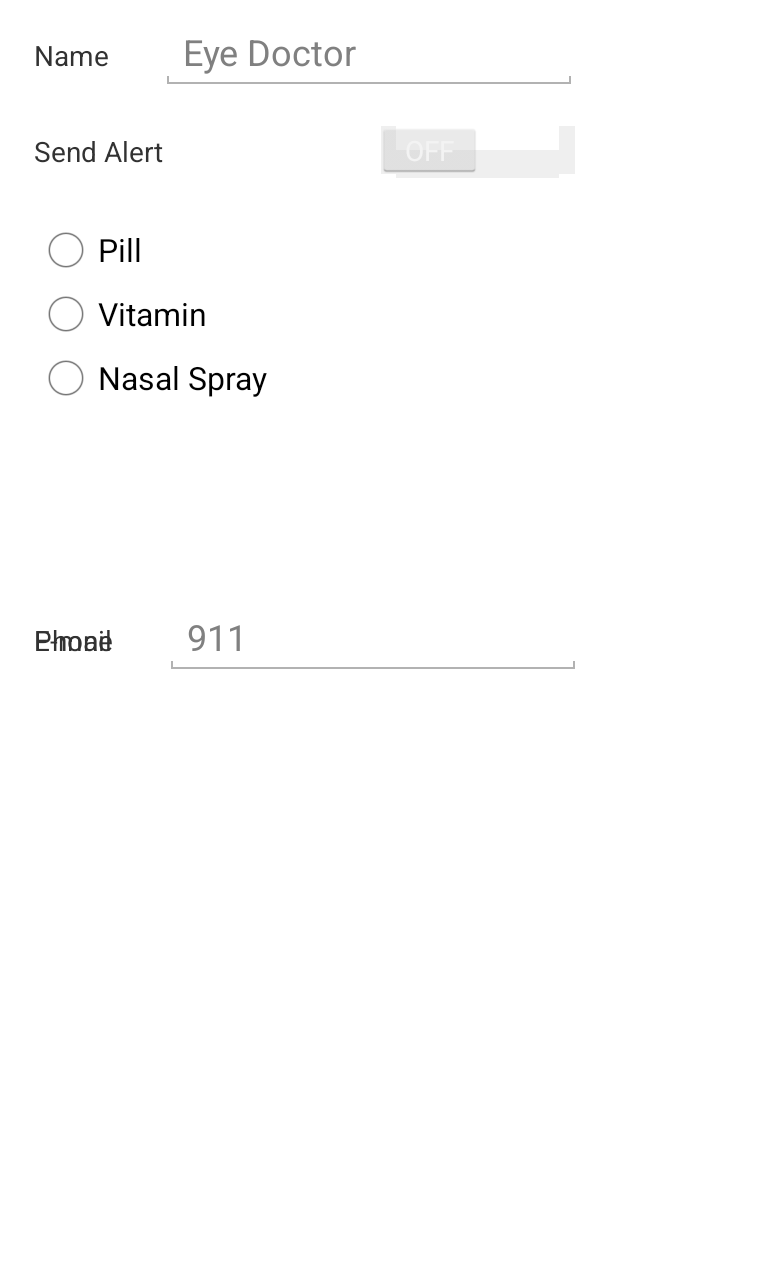
Repository: ranika/pilltracker
Layout: PillTracker/res/layout/fragment_doctor_edit.xml
The author's editor kept a copy of each file at every save. The layout is drawn from the files as they stood at one save, then again after the next save.
It is drawn on a 768 x 1280 px phone screen (xhdpi) without system bars, with theme AppTheme; the app's code is not run.

Above is the layout before, as saved 2014-04-10 05:53:39.

### PillTracker/res/layout/fragment_doctor_edit.xml
<RelativeLayout xmlns:android="http://schemas.android.com/apk/res/android"
    android:layout_width="fill_parent"
    android:layout_height="fill_parent" >

    <TextView
        android:id="@+id/textView1"
        android:layout_width="wrap_content"
        android:layout_height="wrap_content"
        android:layout_alignParentLeft="true"
        android:layout_alignParentTop="true"
        android:layout_marginLeft="17dp"
        android:layout_marginTop="18dp"
        android:text="@string/name" />

    <EditText
        android:id="@+id/editText1"
        android:layout_width="wrap_content"
        android:layout_height="wrap_content"
        android:layout_alignBaseline="@+id/textView1"
        android:layout_alignBottom="@+id/textView1"
        android:layout_marginLeft="25dp"
        android:layout_toRightOf="@+id/textView1"
        android:hint="@string/eye_doctor"
        android:ems="10" >
    </EditText>

    <TextView
        android:id="@+id/textView2"
        android:layout_width="wrap_content"
        android:layout_height="wrap_content"
        android:layout_alignLeft="@+id/textView1"
        android:layout_below="@+id/editText1"
        android:layout_marginTop="20dp"
        android:text="@string/send_alert" />

    <Switch
        android:id="@+id/switch1"
        android:layout_width="wrap_content"
        android:layout_height="wrap_content"
        android:layout_alignBaseline="@+id/textView2"
        android:layout_alignBottom="@+id/textView2"
        android:layout_alignRight="@+id/editText1" />

    <RadioButton
        android:id="@+id/checkBox1"
        android:layout_width="wrap_content"
        android:layout_height="wrap_content"
        android:layout_alignLeft="@+id/textView2"
        android:layout_below="@+id/switch1"
        android:layout_marginTop="20dp"
        android:text="@string/pill" />

    <RadioButton
        android:id="@+id/checkBox2"
        android:layout_width="wrap_content"
        android:layout_height="wrap_content"
        android:layout_alignLeft="@+id/checkBox1"
        android:layout_below="@+id/checkBox1"
        android:text="@string/vitamin" />

    <RadioButton
        android:id="@+id/checkBox3"
        android:layout_width="wrap_content"
        android:layout_height="wrap_content"
        android:layout_alignLeft="@+id/checkBox2"
        android:layout_below="@+id/checkBox2"
        android:text="@string/nasal" />

    <TextView
        android:id="@+id/textView3"
        android:layout_width="wrap_content"
        android:layout_height="wrap_content"
        android:layout_alignLeft="@+id/checkBox3"
        android:layout_centerVertical="true"
        android:text="@string/phone" />

    <EditText
        android:id="@+id/editText2"
        android:layout_width="wrap_content"
        android:layout_height="wrap_content"
        android:layout_alignBaseline="@+id/textView3"
        android:layout_alignBottom="@+id/textView3"
        android:layout_marginLeft="25dp"
        android:layout_toRightOf="@+id/textView3"
        android:hint="@string/number"
        android:ems="10" >
    </EditText>

    <TextView
        android:id="@+id/textView4"
        android:layout_width="wrap_content"
        android:layout_height="wrap_content"
        android:layout_alignLeft="@+id/checkBox3"
        android:layout_centerVertical="true"
        android:text="@string/email" />


</RelativeLayout>

### PillTracker/res/values/strings.xml
<?xml version="1.0" encoding="utf-8"?>
<resources>

    <string name="app_name">Pill Tracker</string>
    <string name="med_log">Medication Log</string>
    <string name="prescriptions">Prescriptions</string>
    <string name="reminders">Reminders</string>
    <string name="doctors">Doctors</string>
    <string name="pharmacies">Pharmacies</string>
    <string name="notes">Notes</string>
    <string name="settings">Settings</string>

    <color name="black">#CCCCCC</color>

    <string name="title_activity_med_log">Medication Log</string>
    <string name="today">Today</string>
    <string name="ten_am">10 AM</string>
    <string name="pill">Pill</string>
    <string name="vitamin">Vitamin</string>
    <string name="ten_pm">10 PM</string>
    <string name="nasal">Nasal Spray</string>
    <string name="title_activity_prescription">Prescriptions</string>
    <string name="add">Add</string>
    <string name="title_activity_doctors">Doctors</string>
    <string name="eye_doctor">Eye Doctor</string>
    <string name="family_physician">Family Physician</string>
    <string name="orthopedic">Orthopedic</string>
    <string name="title_activity_notes">Notes</string>
    <string name="hello_world">Hello world!</string>
    <string name="action_settings">Settings</string>
    <string name="reminder">Reminder</string>
    <string name="to_do">To Do</string>
    <string name="blah">BlahBlahBlah</string>
    <string name="title_activity_pharmacies">Pharmacies</string>

    <string-array name="miles">
        <item>10 miles</item>
        <item>15 miles</item>
        <item>20 miles</item>
        <item> 50 miles</item>
    </string-array>

    <string name="display">Display pharmacies within:</string>
    <string name="find">Find</string>
    <string name="title_activity_prescription_edit">Edit Prescription</string>
    <string name="title_activity_edit_prescription">Edit Prescriptions</string>
    <string name="name">Name</string>
    <string name="monday">Monday</string>
    <string name="tuesday">Tuesday</string>
    <string name="wednesday">Wednesday</string>
    <string name="thursday">Thursday</string>
    <string name="friday">Friday</string>
    <string name="saturday">Saturday</string>
    <string name="sunday">Sunday</string>
    <string name="days">Days</string>
    <string name="time">Time</string>
    <string name="title_activity_doctor_edit">Edit Doctor</string>
    <string name="send_alert">Send Alert</string>
    <string name="phone">Phone</string>
    <string name="number">911</string>
    <string name="email">E-mail</string>
    <string name="email_address">iDoctor@eyes.com</string>
    <string name="address">Address</string>
    <string name="addy">500 Forbes Ave</string>

</resources>

Loaded but not shown: PillTracker/res/values/styles.xml (common file); PillTracker/res/values-v11/styles.xml (common file); PillTracker/res/values-v14/styles.xml (common file)

After the next save:
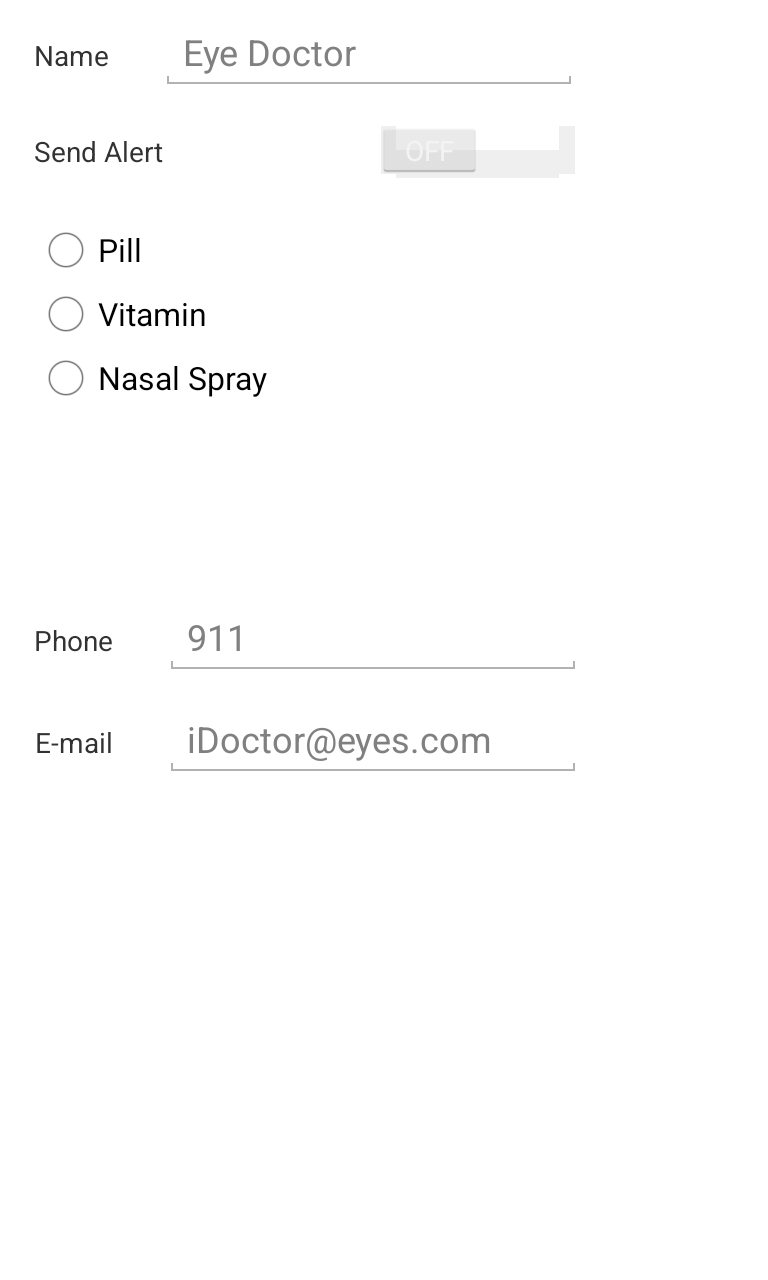
Saved 33 s later.
--- a/PillTracker/res/layout/fragment_doctor_edit.xml
+++ b/PillTracker/res/layout/fragment_doctor_edit.xml
@@ -90,9 +90,21 @@
         android:id="@+id/textView4"
         android:layout_width="wrap_content"
         android:layout_height="wrap_content"
-        android:layout_alignLeft="@+id/checkBox3"
-        android:layout_centerVertical="true"
+        android:layout_alignRight="@+id/textView3"
+        android:layout_below="@+id/editText2"
+        android:layout_marginTop="23dp"
         android:text="@string/email" />
 
+    <EditText
+        android:id="@+id/editText3"
+        android:layout_width="wrap_content"
+        android:layout_height="wrap_content"
+        android:layout_alignBaseline="@+id/textView4"
+        android:layout_alignBottom="@+id/textView4"
+        android:layout_marginLeft="25dp"
+        android:layout_toRightOf="@+id/textView4"
+        android:hint="@string/email_address"
+        android:ems="10" >
+    </EditText>
 
 </RelativeLayout>
